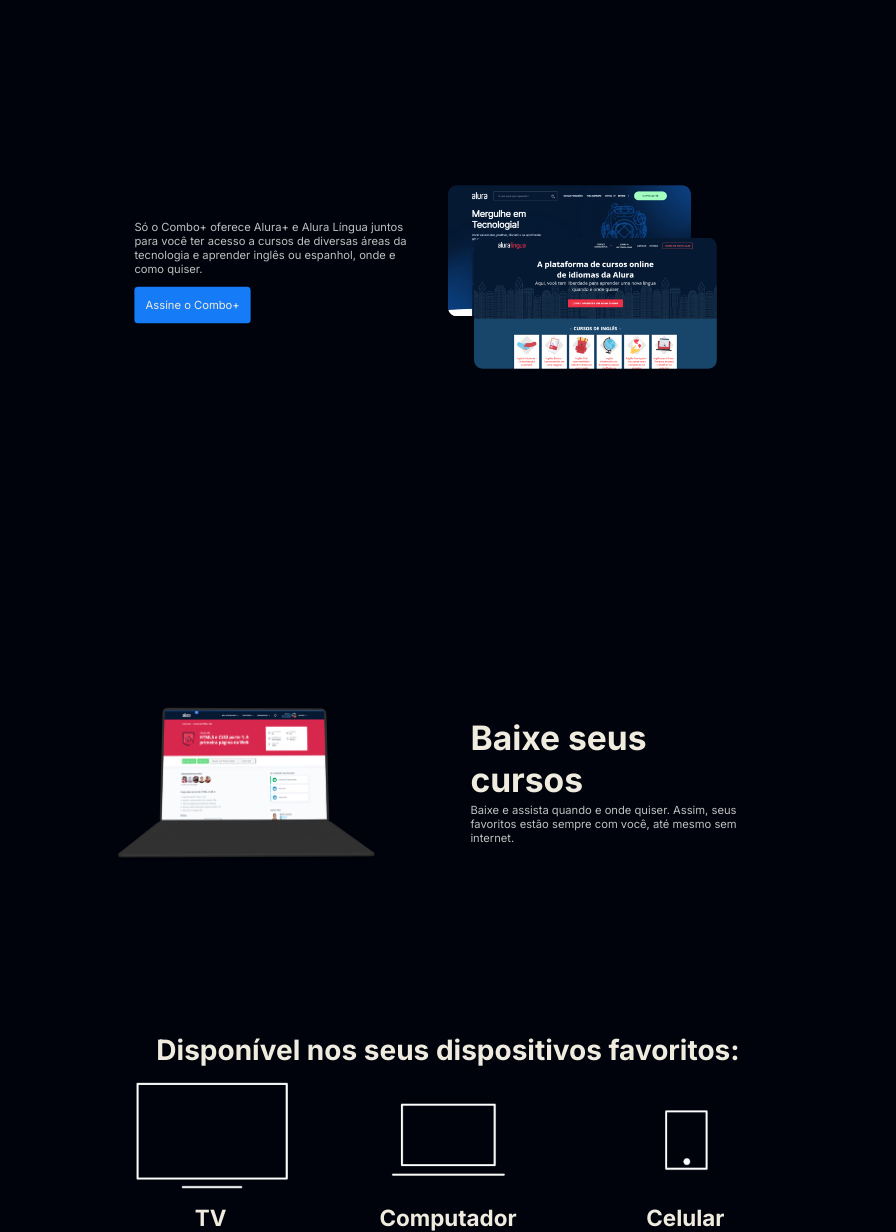
Repository: DamnDTX/praticando-font-end
Page: index.html
An editor plug-in stored every save of this project. The page is shown before and after the next save, followed by the edit.
The browser window is 1280 px wide. The pictures show the part of the page from y = 1404 to 3324 px (the page is 3164 px tall before and 3324 px after), at 70% of full size.

Above is the page before, as saved 2023-07-18 14:34:59.

### index.html
<!DOCTYPE html>
<html>

<head>
    <title>Alura Plus</title>
    <meta charset="UTF-8">
    <meta name="viewport" content="width=device-width, initial-scale=1">
    <link rel="stylesheet" href="styles.css">
    <link rel="preconnect" href="https://fonts.googleapis.com">
    <link rel="preconnect" href="https://fonts.gstatic.com" crossorigin>
    <link href="https://fonts.googleapis.com/css2?family=Inter:wght@400;700&display=swap" rel="stylesheet">
</head>

<body>
    <section class="principal container">
        <div class="container__caixa">
            <h1 class="container__titulo">Com o Combo+, você pode aproveitar a Alura+ e o Alura Língua por um preço
                único.</h1>
            <img src="img/Combo.png" alt="O combo+ é a junção do alura+ e o alura língua" class="container__imagem">
            <a href="www.alura.com.br" class="container__botao">Assine por 12x de R$ 120,00*</a>
            <a href="www.alura.com.br" class="container__botao botao_secundario">Assinar somente o Alura+</a>
            <p class="container__aviso">*O preço pode variar caso a assinatura seja feita em outros planos.</p>
        </div>
    </section>

    <section class="container secundario">
        <img src="img/Plataformas.png" alt="Um monitor e um celular com a alura plus aberta" class="secundario__imagem">
        <div class="container__descricao">
            <h2 class="descricao__titulo">Assista do seu jeito</h2>
            <p class="descricao__texto">Aproveite a tela grande da TV ou assista no tablet, laptop, celular e outros
                aparelhos. Nossa seleção de cursos não para de crescer.</p>
        </div>
    </section>

    <section class="container secundario">
        <div class="container__descricao">
            <p class="descricao__texto">
                Só o Combo+ oferece Alura+ e Alura Língua juntos para você ter acesso a cursos de diversas áreas da
                tecnologia e aprender inglês ou espanhol, onde e como quiser.
            </p>
            <a href="www.alura.com.br" class="container__botao secundario__botao" container>Assine o Combo+</a>
        </div>
        <img src="img/Telas.png" alt="Tela do alura+ e alura língua" class="secundario__imagem">
    </section>

    <section class="container secundario">
        <img src="img/Notebook.png" alt="Notebook com a página do curso HTML5 e CSS3 da Alura aberta"
            class="secundario__imagem">
        <div class="container__descricao">
            <h2 class="descricao__titulo">Baixe seus cursos</h2>
            <p class="descricao__texto">Baixe e assista quando e onde quiser. Assim, seus favoritos estão sempre com
                você, até mesmo sem internet.</p>
        </div>
    </section>

<section class="dispositivos">
    <h2 class="dispositivos__titulo">Disponível nos seus dispositivos favoritos:</h2>
    <ul class="dispositivos__lista">
        <li>
            <img src="img/tv.png" alt="televisão">
            <h3 class="lista__item">TV</h3>
        </li>
        <li>
            <img src="img/computador.png" alt="computador">
            <h3 class="lista__item">Computador</h3>
        </li>
        <li>
            <img src="img/celular.png" alt="celular">
            <h3 class="lista__item">Celular</h3>
        </li>
    </ul>

</section>

</body>

</html>

### styles.css
:root {
    --branco-principal: #f0ebdf;
    --cinza-secundario: #C0C0C0;
    --botao-azul: #167BF7;
    --cor-de-fundo: #00030C;
    --fonte-principal: 'Inter';
}

body {
    background-color: var(--cor-de-fundo);
    color: var(--branco-principal);
    font-family: var(--fonte-principal);
    font-size: 16px;
    font-weight: 400;
}

* {
    margin: 0;
    padding: 0;
}

.principal {
    background-image: url("img/Background.png");
    background-repeat: no-repeat;
    background-size: contain;
    align-items: center;
    text-align: center;
}

.container {
    height: 100vh;
    display: grid;
    grid-template-columns: 50% 50%;
}

.container__botao {
    background-color: var(--botao-azul);
    border-radius: 5px;
    padding: 1em;
    color: var(--branco-principal);
    display: block;
    text-decoration: none;
    margin-bottom: 1em;
}

.botao_secundario {
    background-color: transparent;
    border: 2px solid var(--branco-principal)
}

.container__aviso {
    font-size: 12px;
    color: var(--cinza-secundario);
}

.container__titulo {
    font-size: 28px;
    font-weight: 700;
}

.container__imagem {
    margin: 1em 0 2em 0;
}

.container__caixa {
    margin: 0 6em;
}

.secundario__imagem {
    width: 80%;
}

.secundario {
    align-items: center;
    margin: 0 10em;
}

.descricao__titulo {
    font-weight: 700;
    font-size: 48px;
    color: var(--branco-principal);
    margin-bottom: 0.1em;
}

.descricao__texto {
    color: var(--cinza-secundario);
}

.secundario__botao {
    display: inline-block;
    margin-top: 1em;
}

.container__descricao {
    padding: 2em;
}

.dispositivos{
    text-align: center;
}

.dispositivos__lista{
display: flex;
justify-content: center;
list-style: none;
}

.dispositivos__titulo{
    font-family: var(--fonte-principal);
    color: var(--branco-principal);
    font-size: 2.5rem;
}

.lista__item{
    color: var(--branco-principal);
    font-size: 2rem;
    font-family: var(--fonte-principal);
}

After the next save:
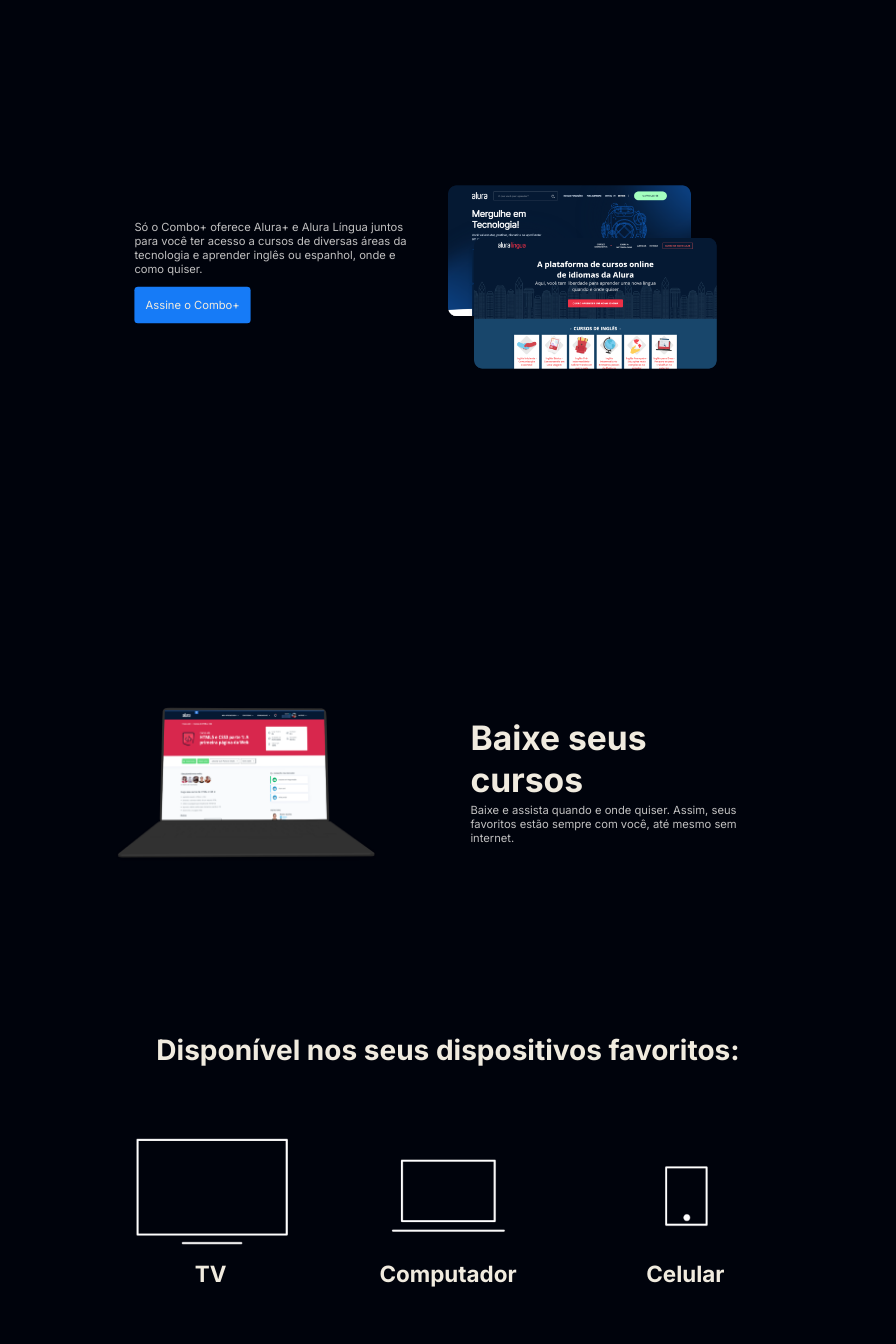
Saved 84 s later.
--- a/styles.css
+++ b/styles.css
@@ -103,6 +103,7 @@
 display: flex;
 justify-content: center;
 list-style: none;
+margin: 5rem 0;
 }
 
 .dispositivos__titulo{
